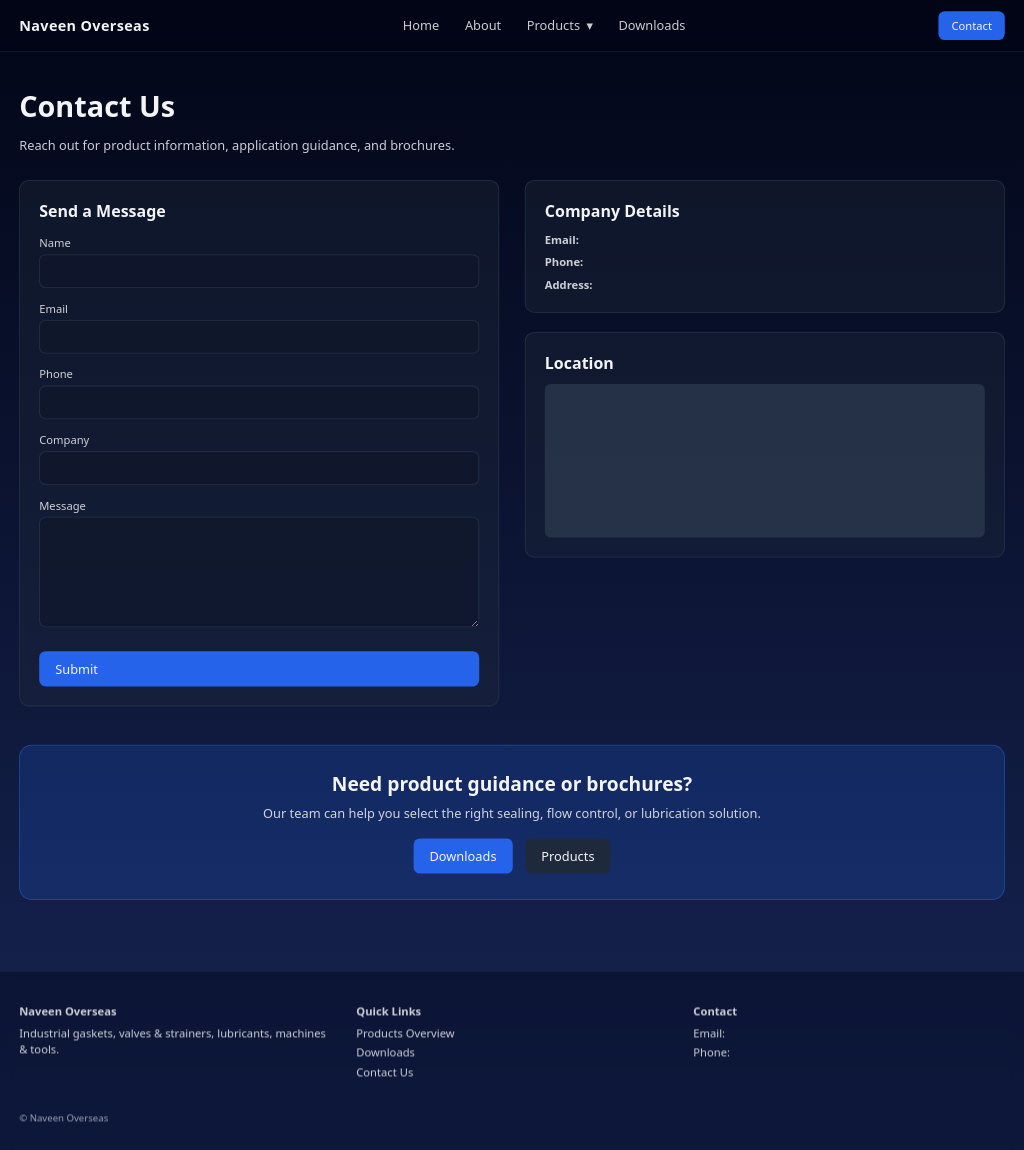
Repository: krish634-ai/overs
Page: /contact
The author's editor kept a copy of each file at every save. The page is drawn from the files as they stood at one save, then again after the next save.
The browser window is 1280 px wide. The pictures show the whole page, at 80% of full size.
The project was rebuilt for these pictures with package versions that can differ from the ones it lists, and the page was loaded fresh each time. Also part of the build but not shown: vite.config.js, src/pages/Home.jsx, src/pages/About.jsx, src/pages/Products.jsx, src/pages/Gaskets.jsx, src/pages/Valves.jsx, src/pages/Lubricants.jsx, src/pages/MachinesTools.jsx and 1 more.

Above is the page before, as saved 2025-11-19 14:15:53.

### index.html
<!doctype html>
<html lang="en">
  <head>
    <meta charset="UTF-8" />
    <meta name="viewport" content="width=device-width, initial-scale=1.0" />
    <title>Naveen Overseas</title>
  </head>
  <body>
    <div id="root"></div>
    <script type="module" src="/src/main.jsx"></script>
  </body>
</html>

### src/main.jsx
import React from 'react'
import ReactDOM from 'react-dom/client'
import { BrowserRouter } from 'react-router-dom'
import App from './App.jsx'
import './styles.css'

ReactDOM.createRoot(document.getElementById('root')).render(
  <React.StrictMode>
    <BrowserRouter>
      <App />
    </BrowserRouter>
  </React.StrictMode>
)

### src/App.jsx
import { Routes, Route } from 'react-router-dom'
import Layout from './components/Layout.jsx'
import Home from './pages/Home.jsx'
import About from './pages/About.jsx'
import Products from './pages/Products.jsx'
import Gaskets from './pages/Gaskets.jsx'
import Valves from './pages/Valves.jsx'
import Lubricants from './pages/Lubricants.jsx'
import MachinesTools from './pages/MachinesTools.jsx'
import Contact from './pages/Contact.jsx'
import Downloads from './pages/Downloads.jsx'

export default function App() {
  return (
    <Layout>
      <Routes>
        <Route path="/" element={<Home />} />
        <Route path="/about" element={<About />} />
        <Route path="/products" element={<Products />} />
        <Route path="/gaskets" element={<Gaskets />} />
        <Route path="/valves" element={<Valves />} />
        <Route path="/lubricants" element={<Lubricants />} />
        <Route path="/machines-tools" element={<MachinesTools />} />
        <Route path="/contact" element={<Contact />} />
        <Route path="/downloads" element={<Downloads />} />
      </Routes>
    </Layout>
  )
}

### src/styles.css
@tailwind base;
@tailwind components;
@tailwind utilities;

html, body, #root {
  height: 100%;
}

### src/components/Layout.jsx
import Nav from './Nav.jsx'
import Footer from './Footer.jsx'

export default function Layout({ children }) {
  return (
    <div className="min-h-screen flex flex-col bg-gradient-to-b from-slate-950 to-blue-950 text-gray-100">
      <header className="sticky top-0 z-40 border-b border-slate-800/60 bg-slate-950/60 backdrop-blur">
        <Nav />
      </header>
      <main className="flex-1">{children}</main>
      <Footer />
    </div>
  )
}

### src/pages/Contact.jsx
export default function Contact() {
  return (
    <main className="container mx-auto px-6 py-12">
      <h1 className="text-3xl md:text-4xl font-bold">Contact Us</h1>
      <p className="mt-4 text-white/80">Reach out for product information, application guidance, and brochures.</p>

      <section className="mt-8 grid md:grid-cols-2 gap-8">
        <form className="rounded-xl border border-slate-700/60 bg-slate-800/40 p-6">
          <h2 className="text-xl font-semibold">Send a Message</h2>
          <div className="mt-4 grid grid-cols-1 gap-4">
            <div>
              <label className="block text-sm text-white/80">Name</label>
              <input type="text" className="mt-1 w-full rounded-lg bg-slate-900/60 border border-slate-700/60 px-3 py-2" />
            </div>
            <div>
              <label className="block text-sm text-white/80">Email</label>
              <input type="email" className="mt-1 w-full rounded-lg bg-slate-900/60 border border-slate-700/60 px-3 py-2" />
            </div>
            <div>
              <label className="block text-sm text-white/80">Phone</label>
              <input type="tel" className="mt-1 w-full rounded-lg bg-slate-900/60 border border-slate-700/60 px-3 py-2" />
            </div>
            <div>
              <label className="block text-sm text-white/80">Company</label>
              <input type="text" className="mt-1 w-full rounded-lg bg-slate-900/60 border border-slate-700/60 px-3 py-2" />
            </div>
            <div>
              <label className="block text-sm text-white/80">Message</label>
              <textarea rows="5" className="mt-1 w-full rounded-lg bg-slate-900/60 border border-slate-700/60 px-3 py-2"></textarea>
            </div>
            <button type="submit" className="mt-2 inline-flex items-center rounded-lg bg-blue-600 px-5 py-2.5 font-medium hover:bg-blue-500">Submit</button>
          </div>
        </form>

        <div className="space-y-6">
          <div className="rounded-xl border border-slate-700/60 bg-slate-800/40 p-6">
            <h2 className="text-xl font-semibold">Company Details</h2>
            <ul className="mt-3 space-y-2 text-sm text-white/80">
              <li><span className="font-semibold">Email:</span> </li>
              <li><span className="font-semibold">Phone:</span> </li>
              <li><span className="font-semibold">Address:</span> </li>
            </ul>
          </div>
          <div className="rounded-xl border border-slate-700/60 bg-slate-800/40 p-6">
            <h2 className="text-xl font-semibold">Location</h2>
            <div aria-label="Google Maps Placeholder" className="mt-3 h-48 w-full rounded-lg bg-slate-700/60"></div>
          </div>
        </div>
      </section>

      <section className="mt-12 text-center">
        <div className="rounded-2xl bg-blue-600/20 border border-blue-500/40 p-8">
          <h2 className="text-2xl font-semibold">Need product guidance or brochures?</h2>
          <p className="mt-2 text-white/80">Our team can help you select the right sealing, flow control, or lubrication solution.</p>
          <div className="mt-5 flex justify-center gap-4">
            <a href="/downloads" className="inline-flex items-center rounded-lg bg-blue-600 px-5 py-2.5 font-medium hover:bg-blue-500">Downloads</a>
            <a href="/products" className="inline-flex items-center rounded-lg bg-slate-800 px-5 py-2.5 font-medium hover:bg-slate-700">Products</a>
          </div>
        </div>
      </section>
    </main>
  )
}

### src/components/Nav.jsx
import { useState } from 'react'
import { NavLink, Link } from 'react-router-dom'

export default function Nav() {
  const [openProducts, setOpenProducts] = useState(false)
  const [mobileOpen, setMobileOpen] = useState(false)

  const linkClass = ({ isActive }) =>
    `transition-colors hover:text-white ${isActive ? 'text-white' : 'text-white/80'}`

  return (
    <div className="container mx-auto px-6">
      <div className="flex h-16 items-center justify-between">
        <NavLink to="/" className="text-lg font-semibold tracking-wide">Naveen Overseas</NavLink>
        <div className="hidden md:flex items-center gap-8">
          <NavLink to="/" className={linkClass}>Home</NavLink>
          <NavLink to="/about" className={linkClass}>About</NavLink>
          <div className="relative">
            <button className="text-white/80 hover:text-white transition-colors inline-flex items-center gap-2" onClick={() => setOpenProducts(v => !v)}>
              Products
              <span className={`transition-transform ${openProducts ? 'rotate-180' : 'rotate-0'}`}>▾</span>
            </button>
            {openProducts && (
              <div className="absolute left-0 mt-3 w-[560px] rounded-xl bg-slate-900/90 backdrop-blur ring-1 ring-white/10 shadow-soft p-6 grid grid-cols-2 gap-4">
                <Link to="/products" className="col-span-2 rounded-lg bg-slate-800/40 ring-1 ring-white/10 px-4 py-3 hover:bg-slate-800/60">Overview</Link>
                <Link to="/gaskets" className="rounded-lg bg-slate-800/40 ring-1 ring-white/10 px-4 py-3 hover:bg-slate-800/60">Gaskets</Link>
                <Link to="/valves" className="rounded-lg bg-slate-800/40 ring-1 ring-white/10 px-4 py-3 hover:bg-slate-800/60">Valves &amp; Strainers</Link>
                <Link to="/lubricants" className="rounded-lg bg-slate-800/40 ring-1 ring-white/10 px-4 py-3 hover:bg-slate-800/60">Lubricants</Link>
                <Link to="/machines-tools" className="rounded-lg bg-slate-800/40 ring-1 ring-white/10 px-4 py-3 hover:bg-slate-800/60">Machines &amp; Tools</Link>
              </div>
            )}
          </div>
          <NavLink to="/downloads" className={linkClass}>Downloads</NavLink>
        </div>
        <div className="hidden md:flex items-center gap-3">
          <NavLink to="/contact" className="inline-flex items-center rounded-lg bg-brand px-4 py-2 text-sm font-medium hover:bg-brand-dark">Contact</NavLink>
        </div>
        <button className="md:hidden inline-flex items-center rounded-lg bg-slate-800 px-3 py-2" onClick={() => setMobileOpen(true)}>Menu</button>
      </div>

      {mobileOpen && (
        <div className="fixed inset-0 z-50 bg-slate-950/80 backdrop-blur">
          <div className="absolute inset-x-0 top-0 bg-slate-900/90 p-6 border-b border-white/10">
            <div className="flex items-center justify-between">
              <Link to="/" className="text-lg font-semibold">Naveen Overseas</Link>
              <button className="inline-flex items-center rounded-lg bg-slate-800 px-3 py-2" onClick={() => setMobileOpen(false)}>Close</button>
            </div>
            <div className="mt-6 grid gap-3 text-sm">
              <NavLink to="/" className="rounded-lg bg-slate-800/40 px-4 py-3" onClick={() => setMobileOpen(false)}>Home</NavLink>
              <NavLink to="/about" className="rounded-lg bg-slate-800/40 px-4 py-3" onClick={() => setMobileOpen(false)}>About</NavLink>
              <NavLink to="/products" className="rounded-lg bg-slate-800/40 px-4 py-3" onClick={() => setMobileOpen(false)}>Products Overview</NavLink>
              <NavLink to="/gaskets" className="rounded-lg bg-slate-800/40 px-4 py-3" onClick={() => setMobileOpen(false)}>Gaskets</NavLink>
              <NavLink to="/valves" className="rounded-lg bg-slate-800/40 px-4 py-3" onClick={() => setMobileOpen(false)}>Valves &amp; Strainers</NavLink>
              <NavLink to="/lubricants" className="rounded-lg bg-slate-800/40 px-4 py-3" onClick={() => setMobileOpen(false)}>Lubricants</NavLink>
              <NavLink to="/machines-tools" className="rounded-lg bg-slate-800/40 px-4 py-3" onClick={() => setMobileOpen(false)}>Machines &amp; Tools</NavLink>
              <NavLink to="/downloads" className="rounded-lg bg-slate-800/40 px-4 py-3" onClick={() => setMobileOpen(false)}>Downloads</NavLink>
              <NavLink to="/contact" className="rounded-lg bg-brand px-4 py-3 text-center" onClick={() => setMobileOpen(false)}>Contact</NavLink>
            </div>
          </div>
        </div>
      )}
    </div>
  )
}

### src/components/Footer.jsx
export default function Footer() {
  return (
    <footer className="mt-10 border-t border-white/10 bg-slate-950/40 backdrop-blur">
      <div className="container mx-auto px-6 py-10 grid md:grid-cols-3 gap-8 text-sm text-white/80">
        <div>
          <div className="font-semibold">Naveen Overseas</div>
          <p className="mt-2">Industrial gaskets, valves &amp; strainers, lubricants, machines &amp; tools.</p>
        </div>
        <div>
          <div className="font-semibold">Quick Links</div>
          <ul className="mt-2 space-y-1">
            <li><a href="/products" className="hover:text-white/90">Products Overview</a></li>
            <li><a href="/downloads" className="hover:text-white/90">Downloads</a></li>
            <li><a href="/contact" className="hover:text-white/90">Contact Us</a></li>
          </ul>
        </div>
        <div>
          <div className="font-semibold">Contact</div>
          <ul className="mt-2 space-y-1">
            <li>Email: </li>
            <li>Phone: </li>
          </ul>
        </div>
      </div>
      <div className="container mx-auto px-6 pb-8 text-xs text-white/60">&copy; Naveen Overseas</div>
    </footer>
  )
}

### tailwind.config.js
export default {
  content: [
    './index.html',
    './src/**/*.{js,jsx,ts,tsx}',
  ],
  theme: {
    extend: {
      colors: {
        brand: {
          DEFAULT: '#2563eb',
          dark: '#1e40af',
        },
      },
      boxShadow: {
        soft: '0 10px 30px -10px rgba(2, 6, 23, 0.6)',
      },
    },
  },
  plugins: [],
}

After the next save:
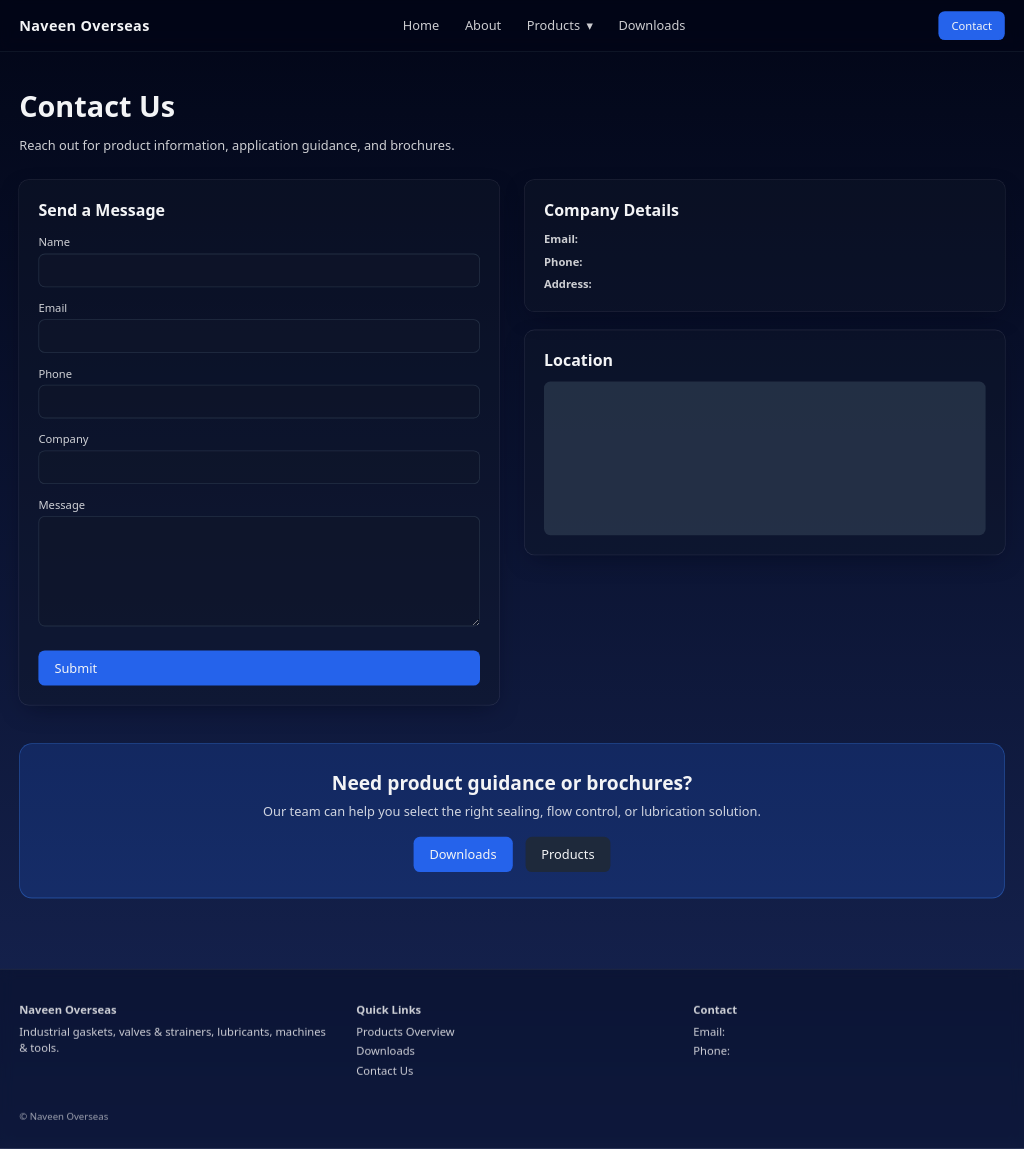
Saved 2 s later.
--- a/src/pages/Contact.jsx
+++ b/src/pages/Contact.jsx
@@ -5,7 +5,7 @@ export default function Contact() {
       <p className="mt-4 text-white/80">Reach out for product information, application guidance, and brochures.</p>
 
       <section className="mt-8 grid md:grid-cols-2 gap-8">
-        <form className="rounded-xl border border-slate-700/60 bg-slate-800/40 p-6">
+        <form className="rounded-xl bg-slate-900/40 ring-1 ring-white/10 p-6 shadow-soft">
           <h2 className="text-xl font-semibold">Send a Message</h2>
           <div className="mt-4 grid grid-cols-1 gap-4">
             <div>
@@ -33,7 +33,7 @@ export default function Contact() {
         </form>
 
         <div className="space-y-6">
-          <div className="rounded-xl border border-slate-700/60 bg-slate-800/40 p-6">
+          <div className="rounded-xl bg-slate-900/40 ring-1 ring-white/10 p-6 shadow-soft">
             <h2 className="text-xl font-semibold">Company Details</h2>
             <ul className="mt-3 space-y-2 text-sm text-white/80">
               <li><span className="font-semibold">Email:</span> </li>
@@ -41,7 +41,7 @@ export default function Contact() {
               <li><span className="font-semibold">Address:</span> </li>
             </ul>
           </div>
-          <div className="rounded-xl border border-slate-700/60 bg-slate-800/40 p-6">
+          <div className="rounded-xl bg-slate-900/40 ring-1 ring-white/10 p-6 shadow-soft">
             <h2 className="text-xl font-semibold">Location</h2>
             <div aria-label="Google Maps Placeholder" className="mt-3 h-48 w-full rounded-lg bg-slate-700/60"></div>
           </div>
